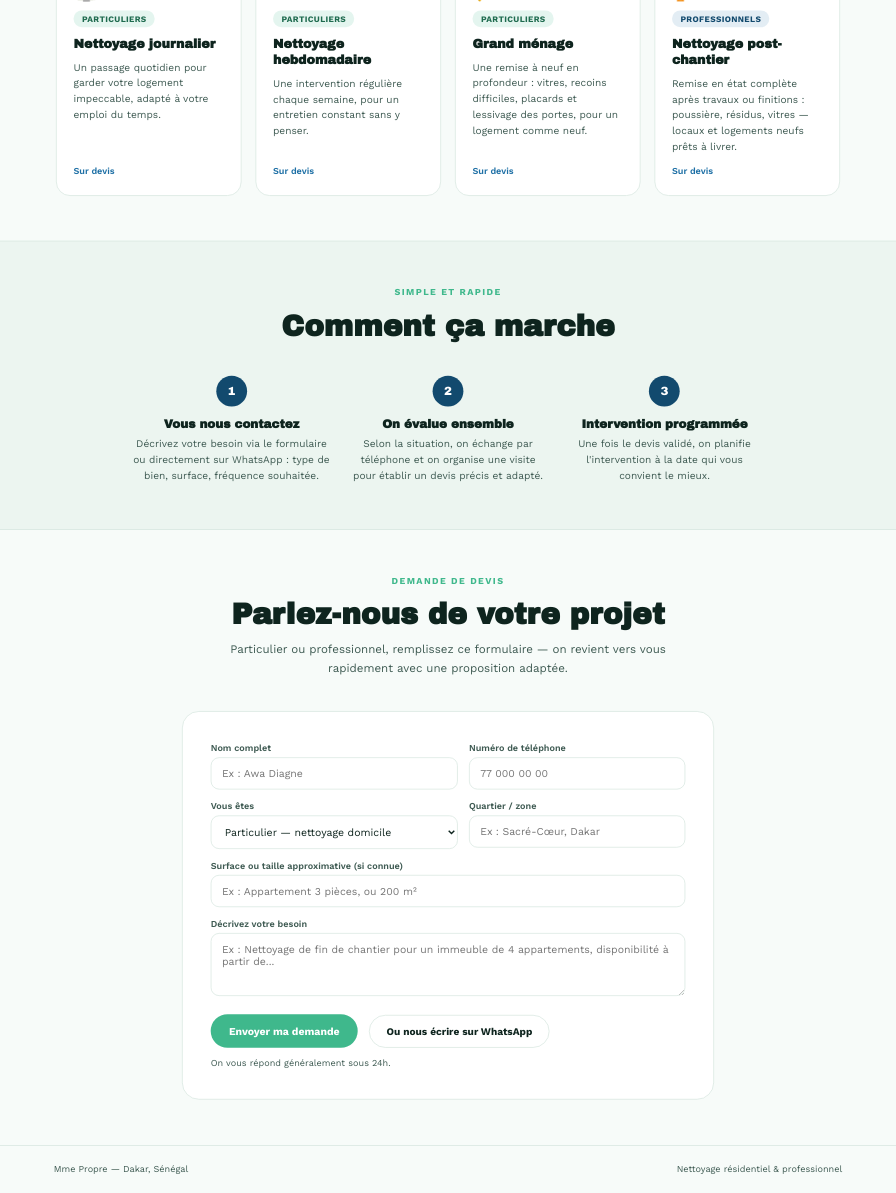
Repository: AntaaaKD/Mme-Propre
Page: Particulier.html
The author's editor kept a copy of each file at every save. The page is drawn from the files as they stood at one save, then again after a run of saves.
The browser window is 1280 px wide. The pictures show the part of the page from y = 1007 to 2927 px (the page is 2711 px tall before and 2927 px after), at 70% of full size.

Above is the page before, as saved 2026-07-20 20:08:48.

After the next 2 saves:
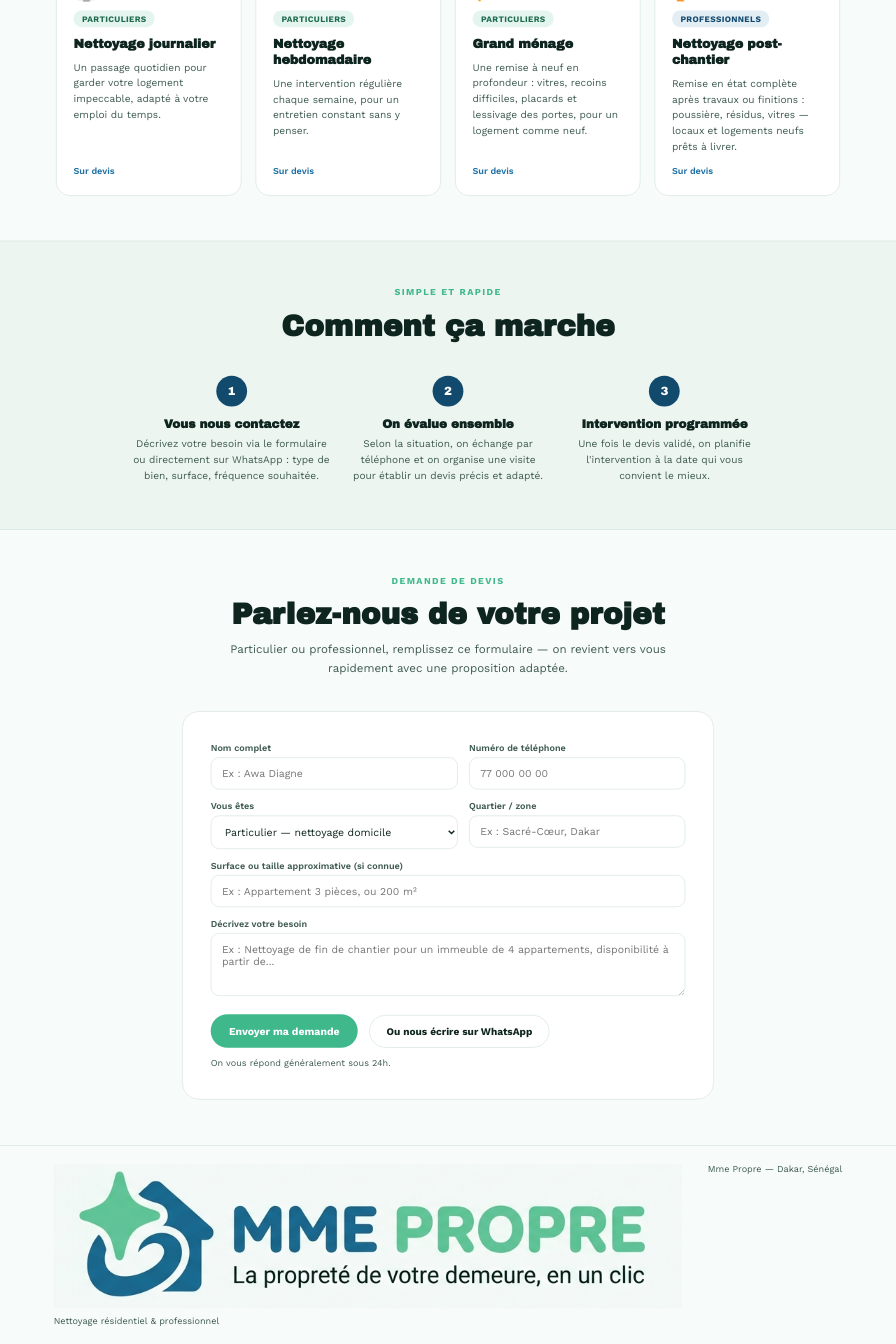
The 2 saves are shown as one change because they came seconds apart.
The last was saved 60 s later.
--- a/Particulier.html
+++ b/Particulier.html
@@ -264,7 +264,7 @@
 </section>
 
 <footer>
-  <span>Mme Propre — Dakar, Sénégal</span>
+  <img src="images/logo-mmepropre.png" <span>Mme Propre — Dakar, Sénégal</span>
   <span>Nettoyage résidentiel & professionnel</span>
 </footer>
 
